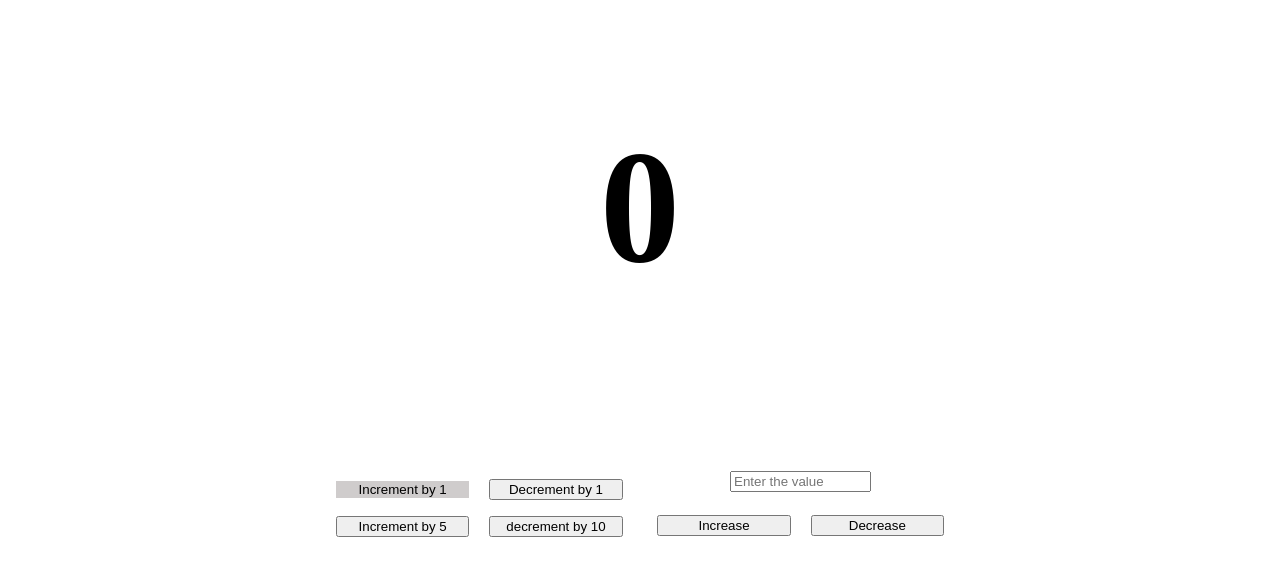
Repository: drumsmanku/micro-project-2
Page: index.html
The author's editor kept a copy of each file at every save. The page is drawn from the files as they stood at one save, then again after the next save.
The browser window is 1280 px wide. The pictures show the whole page.
The pointer rests on the first visible `button`.

Above is the page before, as saved 2023-04-07 20:54:09.

After the next save:
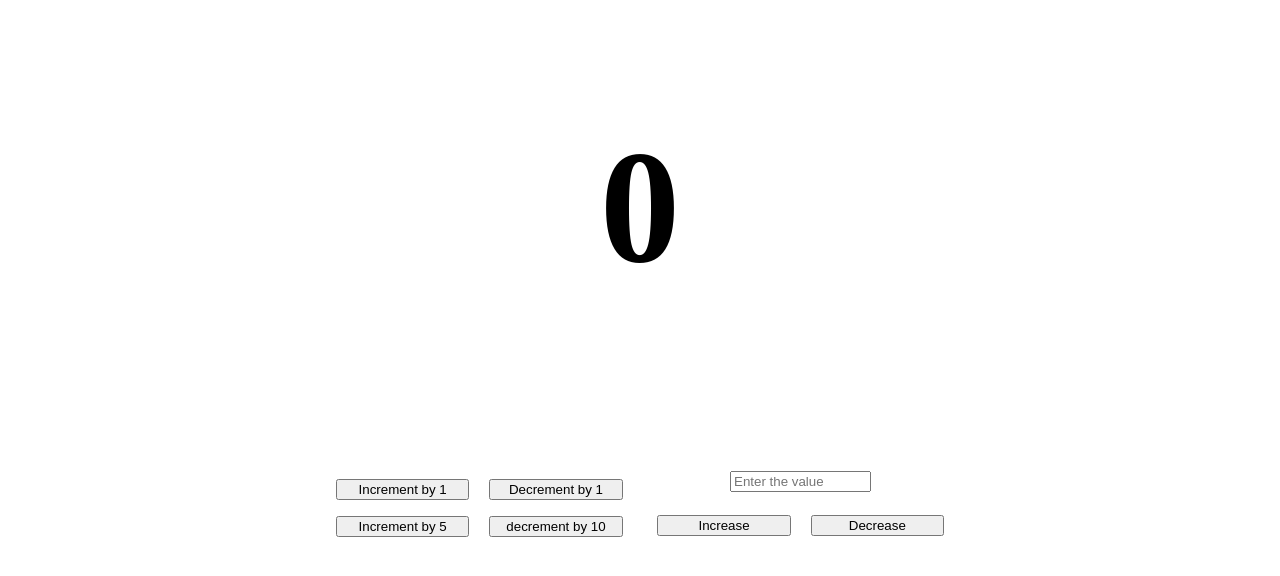
Saved 9 s later.
--- a/style.css
+++ b/style.css
@@ -45,6 +45,6 @@
 }
 
 button:hover{
-  background-color: rgb(207, 204, 204);
-  border: none;
+  /* background-color: rgb(207, 204, 204);
+  border: none; */
 }

After the save that followed:
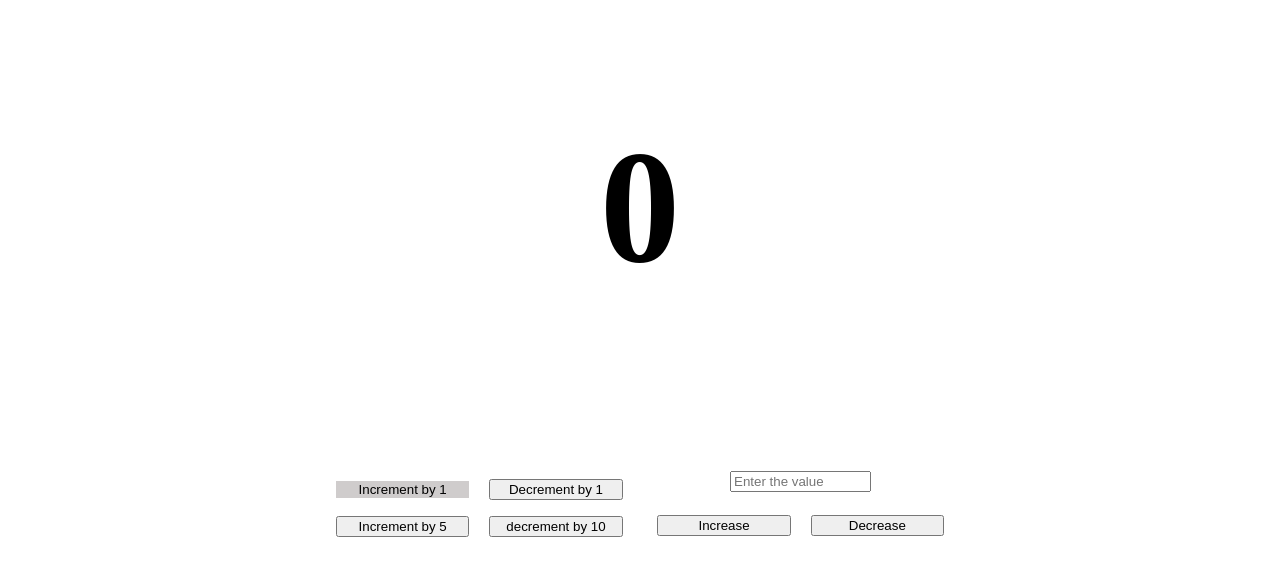
Saved 10 s later.
--- a/style.css
+++ b/style.css
@@ -45,6 +45,6 @@
 }
 
 button:hover{
-  /* background-color: rgb(207, 204, 204);
-  border: none; */
+  background-color: rgb(207, 204, 204);
+  border: none;
 }
